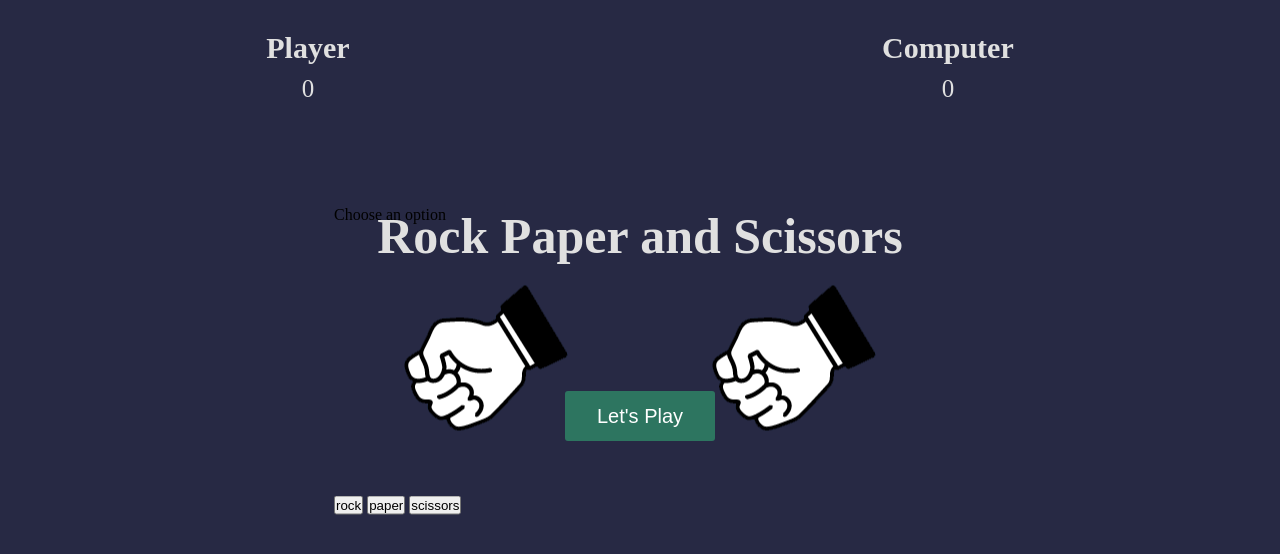
Repository: issaRan/Rock-Paper-Scissors
Page: index.html
An editor plug-in stored every save of this project. The page is shown before and after the next save, followed by the edit.
The browser window is 1280 px wide. The pictures show the whole page.

Above is the page before, as saved 2020-10-23 22:36:51.

After the next save:
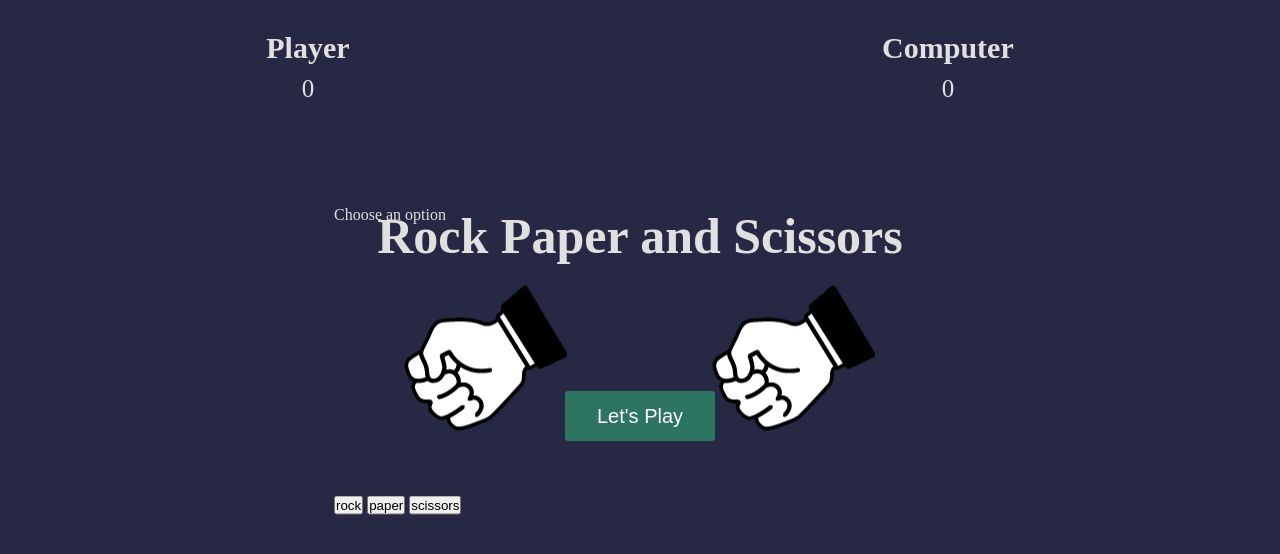
Saved 23 s later.
--- a/style.css
+++ b/style.css
@@ -53,3 +53,6 @@ section{
     left: 50%;
     transform: translate(-50%,-50%);
 }
+.winner {
+    color: rgba(224, 224, 224);
+}
